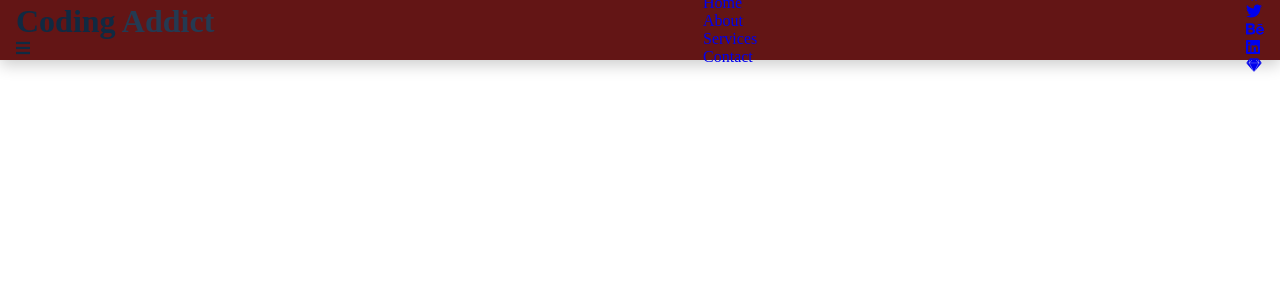
Repository: OmniaRafat232111121/projects-js
Page: modal/index.html
These files come from the project's save history. The page is drawn as it stood at one moment and after the next save; the edit follows.
The browser window is 1280 px wide. The pictures show the whole page.
Some web libraries are served in a nearby version.

Above is the page before, as saved 2023-01-01 01:26:52.

After the next save:
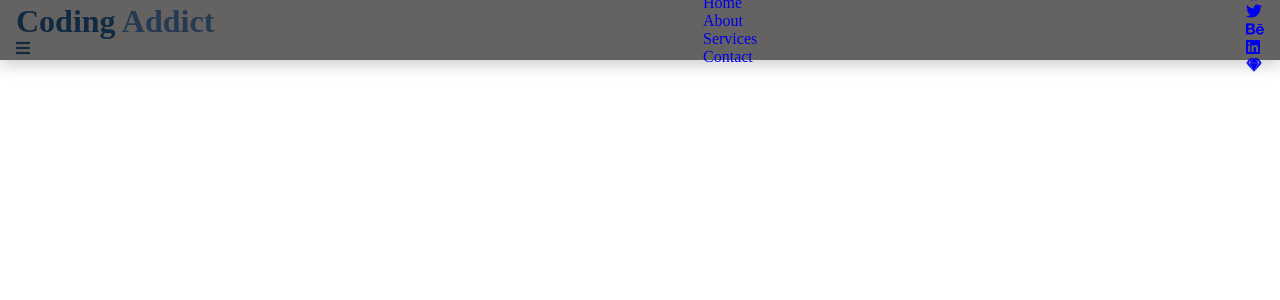
Saved 4 s later.
--- a/modal/style.css
+++ b/modal/style.css
@@ -59,7 +59,7 @@
  position:fixed;
  top:0;
  left:0;
- background-color: rgb(99, 21, 21);
+ background-color: rgb(101, 98, 98);
  color:var(--clr-grey-1);
  height:60px;
  width:100%;
